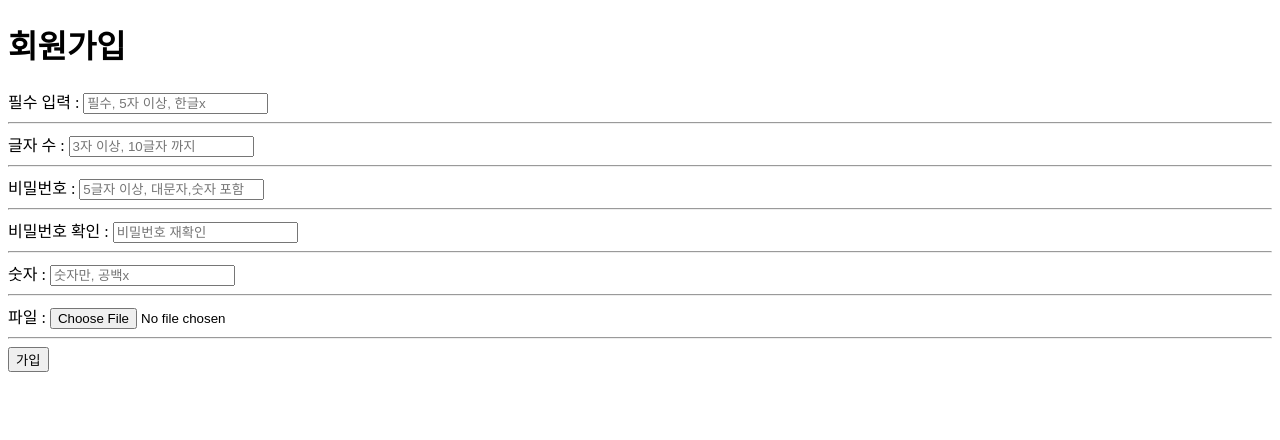
Repository: kkmin20200331-max/copyUpload
Page: 07_ValidChk/src/main/webapp/valid.html
The author's editor kept a copy of each file at every save. The page is drawn from the files as they stood at one save, then again after the next save.
The browser window is 1280 px wide. The pictures show the whole page.

Above is the page before, as saved 2026-03-18 02:33:33.

### 07_ValidChk/src/main/webapp/valid.html
<!DOCTYPE html>
<html>
<head>
<meta charset="UTF-8">
<title>Insert title here</title>
<script type="text/javascript" src="valid.js"></script>
<script type="text/javascript" src="siteChk.js"></script>


</head>
<body>
<h1>회원가입</h1>
<form action="VC" id="myForm">
필수 입력 : <input id="i1" placeholder="필수, 5자 이상, 한글x">
<hr>
글자 수 : <input id="i2" placeholder="3자 이상, 10글자 까지">
<hr>
비밀번호 : <input id="i3" placeholder="5글자 이상, 대문자,숫자 포함">
<hr>
비밀번호 확인 : <input id="i4" placeholder="비밀번호 재확인">
<hr>
숫자 : <input id="i5" placeholder="숫자만, 공백x">
<hr>
파일 : <input type="file" id="i6">
<hr>
<button type="button" onclick="call()">가입</button>
</form>


</body>
</html>

### 07_ValidChk/src/main/webapp/valid.js
//검사 로직 정리하기 (lib)
//라이브러리화->도구를 만든다는 뜻 json, cos, ojdbc, lombok, ...

//일반적으로 유효성 검사하는 것들
//함수형태로 정리해서 필요할 때 사이트마다 맞춰쓰게

//문제가 있으면 true, 없으면 false
//<input>을 넣으면
//거기에 글자가 없으면 true, 있으면 false
function isEmpty(input) {
    return !input.value;
}

### 07_ValidChk/src/main/webapp/siteChk.js
function call() {
    const i1El = document.querySelector("#i1");
    const i2El = document.querySelector("#i2");
    const i3El = document.querySelector("#i3");
    const i4El = document.querySelector("#i4");
    const i5El = document.querySelector("#i5");
    const i6El = document.querySelector("#i6");


    if (isEmpty(i1El)) {
        alert('필수 입력!');
        i1El.focus();
        return;
    }




    document.querySelector("#myForm").submit();

}

After the next save:
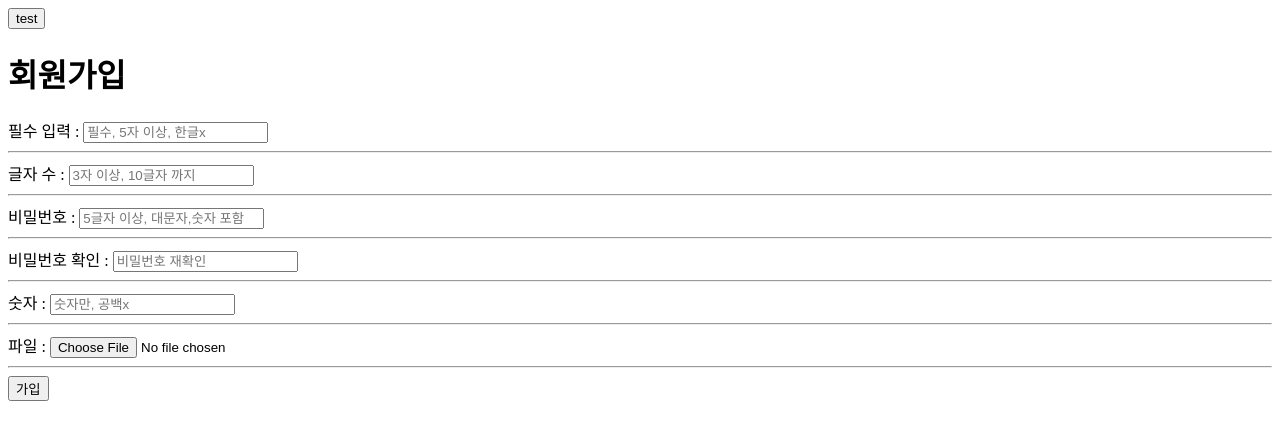
Saved 119 s later.
--- a/07_ValidChk/src/main/webapp/valid.html
+++ b/07_ValidChk/src/main/webapp/valid.html
@@ -5,26 +5,37 @@
 <title>Insert title here</title>
 <script type="text/javascript" src="valid.js"></script>
 <script type="text/javascript" src="siteChk.js"></script>
+<script type="text/javascript">
+	function test() {
+		let a = "";
+		if (a) {
+			alert("참")
+		} else {
+			alert("거짓")
+		}
 
+	}
+</script>
 
 </head>
 <body>
-<h1>회원가입</h1>
-<form action="VC" id="myForm">
-필수 입력 : <input id="i1" placeholder="필수, 5자 이상, 한글x">
-<hr>
-글자 수 : <input id="i2" placeholder="3자 이상, 10글자 까지">
-<hr>
-비밀번호 : <input id="i3" placeholder="5글자 이상, 대문자,숫자 포함">
-<hr>
-비밀번호 확인 : <input id="i4" placeholder="비밀번호 재확인">
-<hr>
-숫자 : <input id="i5" placeholder="숫자만, 공백x">
-<hr>
-파일 : <input type="file" id="i6">
-<hr>
-<button type="button" onclick="call()">가입</button>
-</form>
+	<button onclick="test()">test</button>
+	<h1>회원가입</h1>
+	<form action="VC" id="myForm">
+		필수 입력 : <input id="i1" placeholder="필수, 5자 이상, 한글x">
+		<hr>
+		글자 수 : <input id="i2" placeholder="3자 이상, 10글자 까지">
+		<hr>
+		비밀번호 : <input id="i3" placeholder="5글자 이상, 대문자,숫자 포함">
+		<hr>
+		비밀번호 확인 : <input id="i4" placeholder="비밀번호 재확인">
+		<hr>
+		숫자 : <input id="i5" placeholder="숫자만, 공백x">
+		<hr>
+		파일 : <input type="file" id="i6">
+		<hr>
+		<button type="button" onclick="call()">가입</button>
+	</form>
 
 
 </body>
